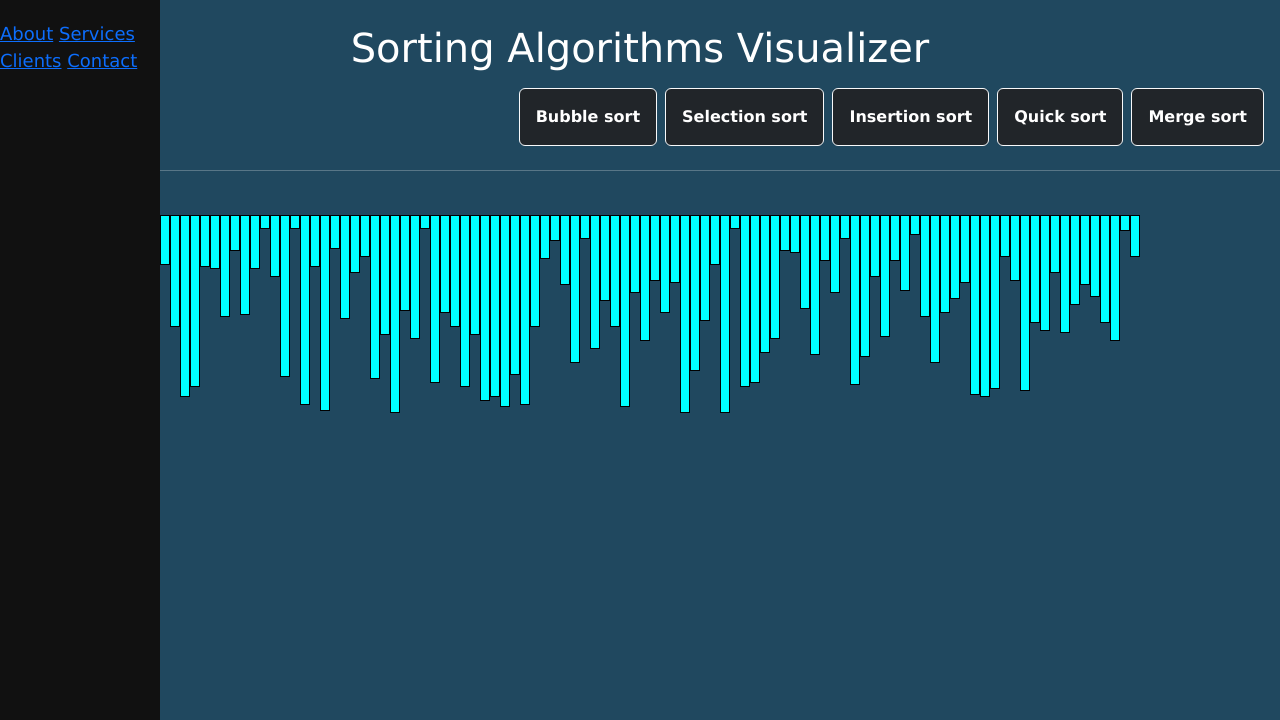
Repository: Vasil1001/Sorting-Algorithms-Visualizer-js
Page: views/index.html
An editor plug-in stored every save of this project. The page is shown before and after the next save, followed by the edit.
The browser window is 1280 px wide. The pictures show the whole page.

Above is the page before, as saved 2022-11-03 17:52:23.

### views/index.html
<!doctype html>
<html lang="en">

<head>
  <meta charset="utf-8">
  <meta name="viewport" content="width=device-width, initial-scale=1">

  <title>Sorting Algorithms Visualizer</title>

  <!-- Import css & bootstrap-->
  <link href="https://cdn.jsdelivr.net/npm/bootstrap@5.2.2/dist/css/bootstrap.min.css" rel="stylesheet"
    integrity="sha384-Zenh87qX5JnK2Jl0vWa8Ck2rdkQ2Bzep5IDxbcnCeuOxjzrPF/et3URy9Bv1WTRi" crossorigin="anonymous">
  <link rel="stylesheet" href="/css/base.css">

</head>

<header>
  <h1 align="center" class="mt-4">Sorting Algorithms Visualizer</h1>


  <nav class="navbar navbar-expand-lg">

    <div class="container-fluid">
      <button type="button" class="btn btn-danger mx-2 p-3 " id="new_array" style="color: white;"><b>New
          array </b>
      </button>
      <ul class="navbar-nav">
        <li class="nav-item">
          <button type="button" class="btn btn-dark border-light mx-1 p-3 " id="bubble_sort"
            style="color: white;"><b>Bubble
              sort</b> </button>
        </li>
        <li class="nav-item">
          <button type="button" class="btn btn-dark border-light mx-1 p-3 " id="selection_sort"
            style="color: rgb(255, 255, 255);">
            <b>Selection sort</b></button>
        </li>
        <li class="nav-item">
          <button type="button" class="btn btn-dark border-light mx-1 p-3 " id="insertion_sort" style="color: white;">
            <b>Insertion sort</b></button>
        </li>
        <li class="nav-item">
          <button type="button" class="btn btn-dark border-light mx-1 p-3 " id="quick_sort" style="color: white;">
            <b>Quick sort</b></button>
        </li>
        <li class="nav-item">
          <button type="button" class="btn btn-dark border-light mx-1 p-3 " id="merge_sort"> <b>Merge sort</b></button>
        </li>

      </ul>
    </div>
  </nav>


</header>

<body>

  <hr style="color: white;">

  <div class="sidenav">
    <a href="#about">About</a>
    <a href="#services">Services</a>
    <a href="#clients">Clients</a>
    <a href="#contact">Contact</a>
  </div>

  <div class="main">
    <div id="bars" class="bars flex-container p-4"></div>
  </div>

  <!-- Import css & bootstrap-->
  <script src="https://cdn.jsdelivr.net/npm/bootstrap@5.2.2/dist/js/bootstrap.bundle.min.js"
    integrity="sha384-OERcA2EqjJCMA+/3y+gxIOqMEjwtxJY7qPCqsdltbNJuaOe923+mo//f6V8Qbsw3"
    crossorigin="anonymous"></script>
  <script defer src="/sort_algos_js_files/index.js"></script>

</body>

</html>

### css/base.css
body {
    background-color: rgb(32, 72, 95);
    color:white;
    font-size: 18px;
    font-family: 'Lucida Sans', 'Lucida Sans Regular', 'Lucida Grande', 'Lucida Sans Unicode', Geneva, Verdana, sans-serif;
}
.flex-container{
    margin-top: 20px;
    display: flex;
    flex-wrap: nowrap;
    width: 100%;
    height: 500px;
    justify-content: center;
    transition: 2s all ease;
}

.flex-item{
    background: cyan;
    border: 1pt solid black;
    width: 10px;
    transition: 0.1s all ease;
}

.sidenav {
    height: 100%;
    width: 160px;
    position: fixed;
    z-index: 1;
    top: 0;
    left: 0;
    background-color: #111;
    overflow-x: hidden;
    padding-top: 20px;
  }

### sort_algos_js_files/index.js
let random_array_100 = [];
createBarArray();


function createBarArray() {
    // Array to store randomly generated numbers
    random_array_100 = [];
    var numberOfBars = 0;
    let l = 100;

    // get a random number and add it to the array until there are 100 in array
    for (numberOfBars = 0; numberOfBars < l; numberOfBars++) {
        random_array_100.push(Math.round(Math.random() * l));
    }
    // print 100 random numbers of the array
    console.log(random_array_100);


     // select the div #bars element
     const bars = document.querySelector("#bars");
    // make bars with height from random array numbers
    for (let i = 0; i < random_array_100.length; i++) {
        // const para = document.createElement("div");
        // para.innerText = random_array_100[i];
        // document.body.appendChild(para);

        // create div bar for each number in the array
        const bar = document.createElement("div");
        bar.style.height = `${random_array_100[i]*2}px`;
        bar.classList.add('bar');
        bar.classList.add('flex-item');
        bar.classList.add(`barNo${i}`);
        bars.appendChild(bar);
    }
}

After the next save:
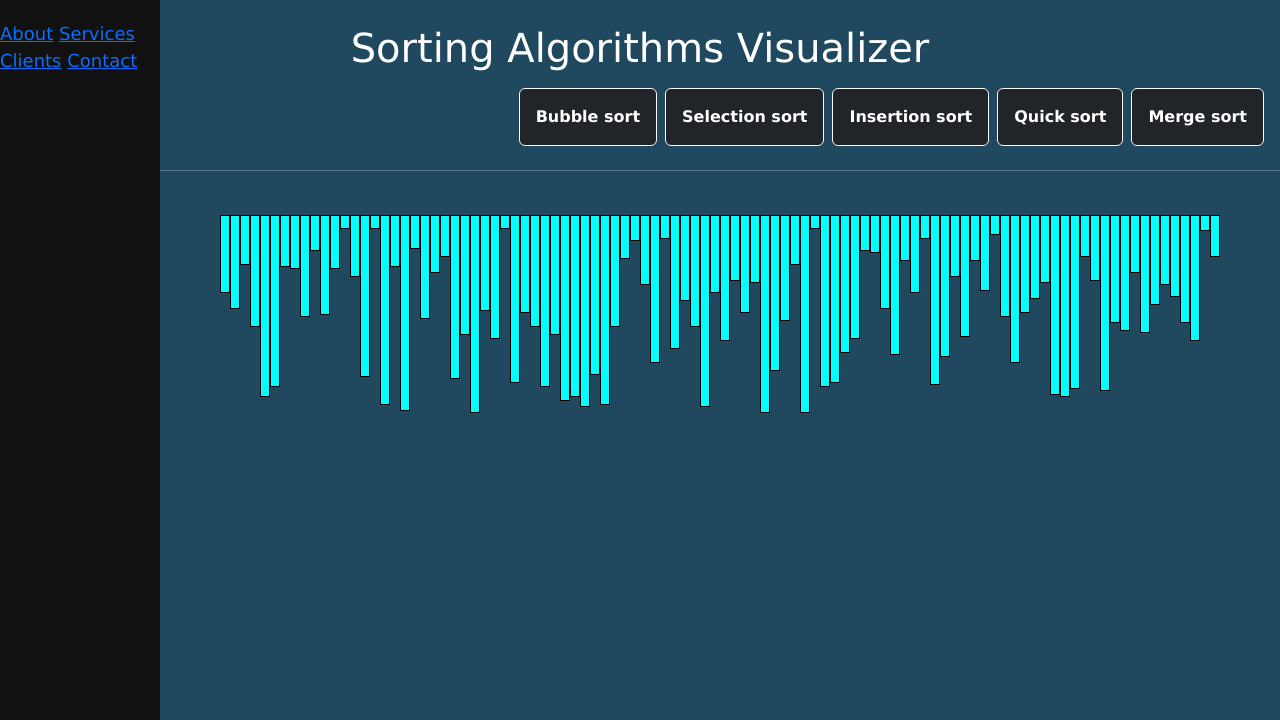
Saved 9 s later.
--- a/css/base.css
+++ b/css/base.css
@@ -32,3 +32,8 @@ body {
     overflow-x: hidden;
     padding-top: 20px;
   }
+  .main {
+    margin-left: 160px; /* Same as the width of the sidenav */
+    font-size: 28px; /* Increased text to enable scrolling */
+    padding: 0px 10px;
+  }
